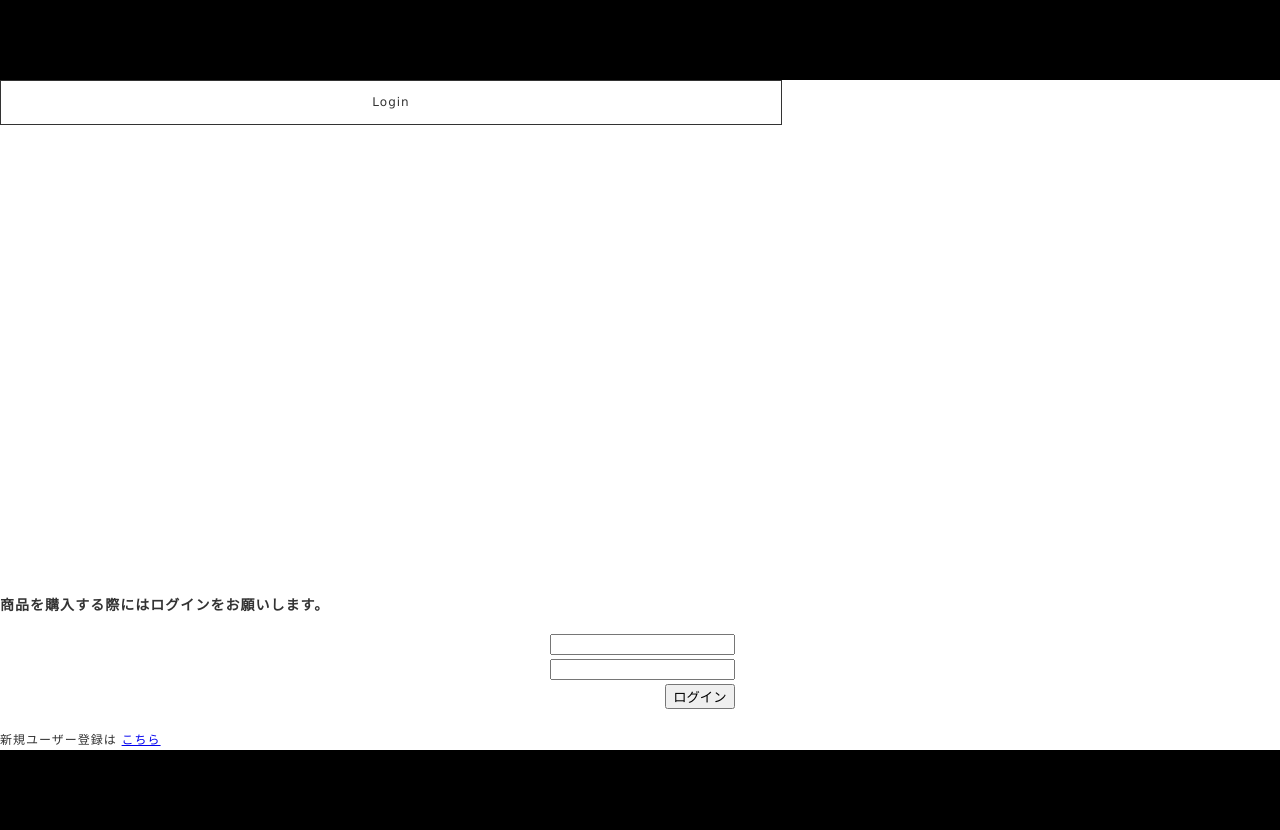
Repository: Eri-Naka/test
Page: http://localhost/template/login.jsp
The author's editor kept a copy of each file at every save. The page is drawn from the files as they stood at one save, then again after the next save.
The browser window is 1280 px wide. The pictures show the whole page.
The page is served by Tomcat 9. Other server files are loaded and not shown.

Above is the page before, as saved 2018-06-20 06:32:14.

### template/WebContent/login.jsp
<%@ page language="java" contentType="text/html; charset=UTF-8"
    pageEncoding="UTF-8"%>
    <%@ taglib prefix="s" uri="/struts-tags" %>
<!DOCTYPE html PUBLIC "-//W3C//DTD HTML 4.01 Transitional//EN" "http://www.w3.org/TR/html4/loose.dtd">
<html>
<head>
<meta http-equiv="Content-Type" content="text/html; charset=utf-8" />
<meta http-equiv="Content-Style-Type" content="text/css" />
<meta http-equiv="Content-Script-Type" content="text/javascript" />
<meta http-equiv="imagetoolbar" content="no" />
<meta name="description" content="" />
<meta name="keywords" content="" />

<title>Login画面</title>

<style type="text/css">

body{
margin:0;
padding:0;
line-height:1.6;
letter-spacing:1px;
font-family:Verdana, Helvetica, sans-serif;
font-size:12px;
color:#333;
background:#fff;
}

table{
text-align:center;
margin:0 auto;
}

#top{
width:780px;
margin;30px;
border:1px solid #333;
}

#header{
width:100%;
height:80px;
background-color:black;
}

#main{
width:100%;
height:500px;
text-align:center;
}

#footer{
width100%;
height:80px;
background-color:black;
clear:both;
}

</style>
</head>
<body>

<div id = "header">
<div id = "pr">
</div>
</div>
<div id="main">
<div id="top">
<p>Login<p>
</div>
</div>

<h3>商品を購入する際にはログインをお願いします。</h3>
<s:form action="LoginAction">
<s:textfield name = "loginUserId"/>
<s:password name="loginPassword"/>
<s:submit value="ログイン"/>
</s:form>

<br>

<div>
<span>新規ユーザー登録は
<a href='<s:url action = "UserCreateAction"/>'>こちら</a>
</span>
</div>

<div id = "footer">
<div id = "pr">
</div></div>

</body>
</html>

After the next save:
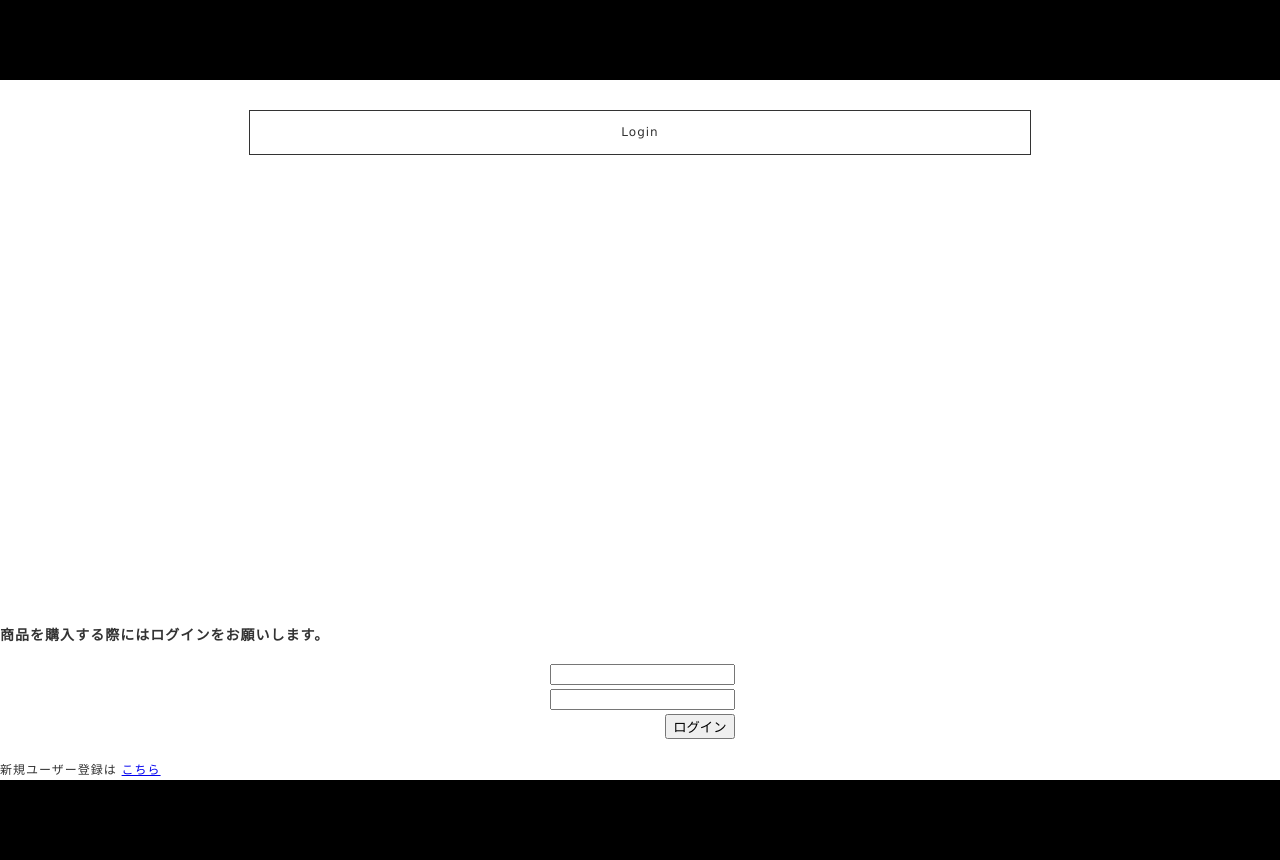
Saved 4 min 18 s later.
--- a/template/WebContent/login.jsp
+++ b/template/WebContent/login.jsp
@@ -33,7 +33,7 @@
 
 #top{
 width:780px;
-margin;30px;
+margin:30px auto;
 border:1px solid #333;
 }
 
